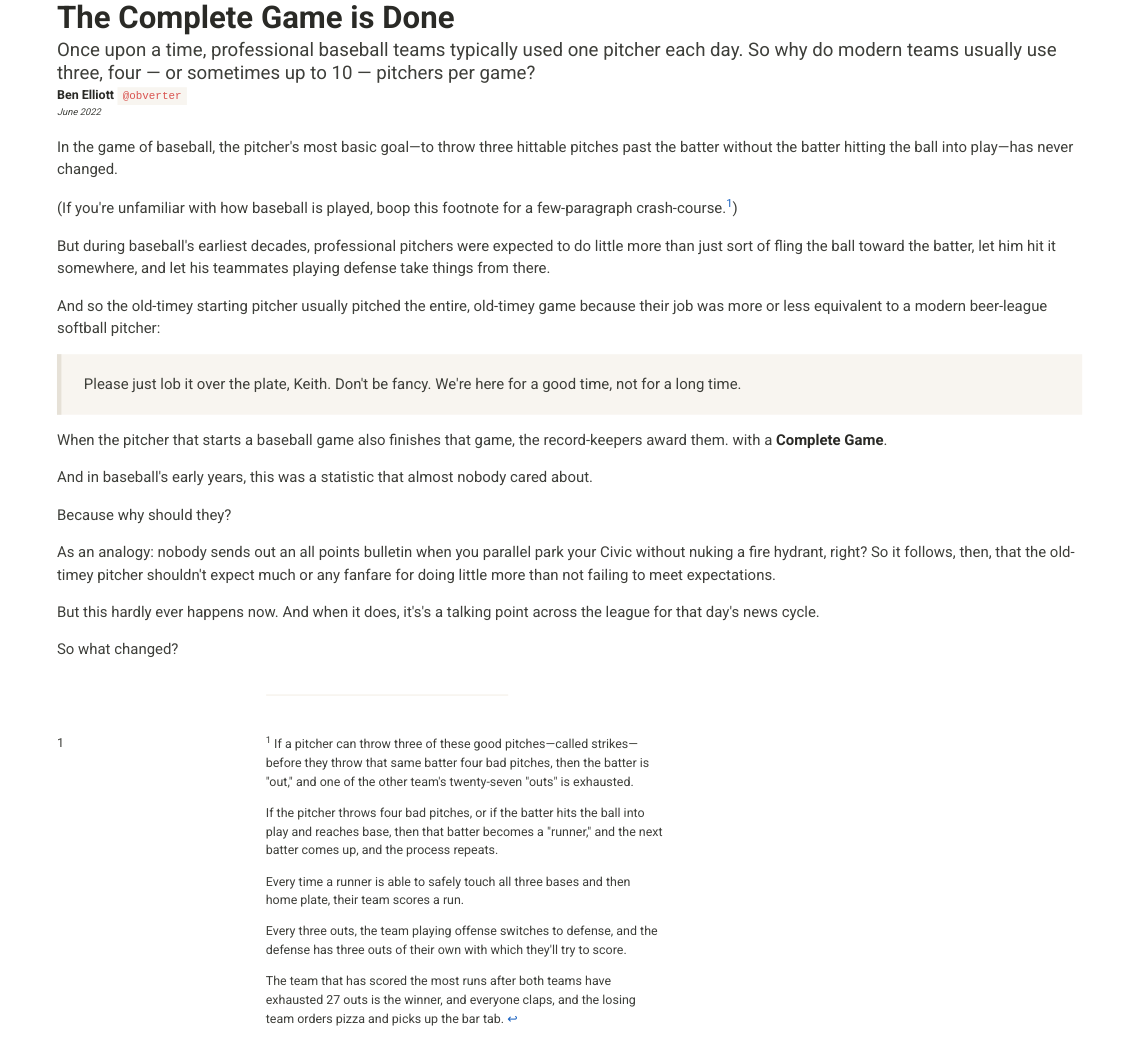
Repository: obverter/complete-games-are-done
Page: index.html
An editor plug-in stored every save of this project. The page is shown before and after the next save, followed by the edit.
The browser window is 1280 px wide. The pictures show the whole page, at 89% of full size.

Above is the page before, as saved 2022-06-25 08:09:53.

After the next save:
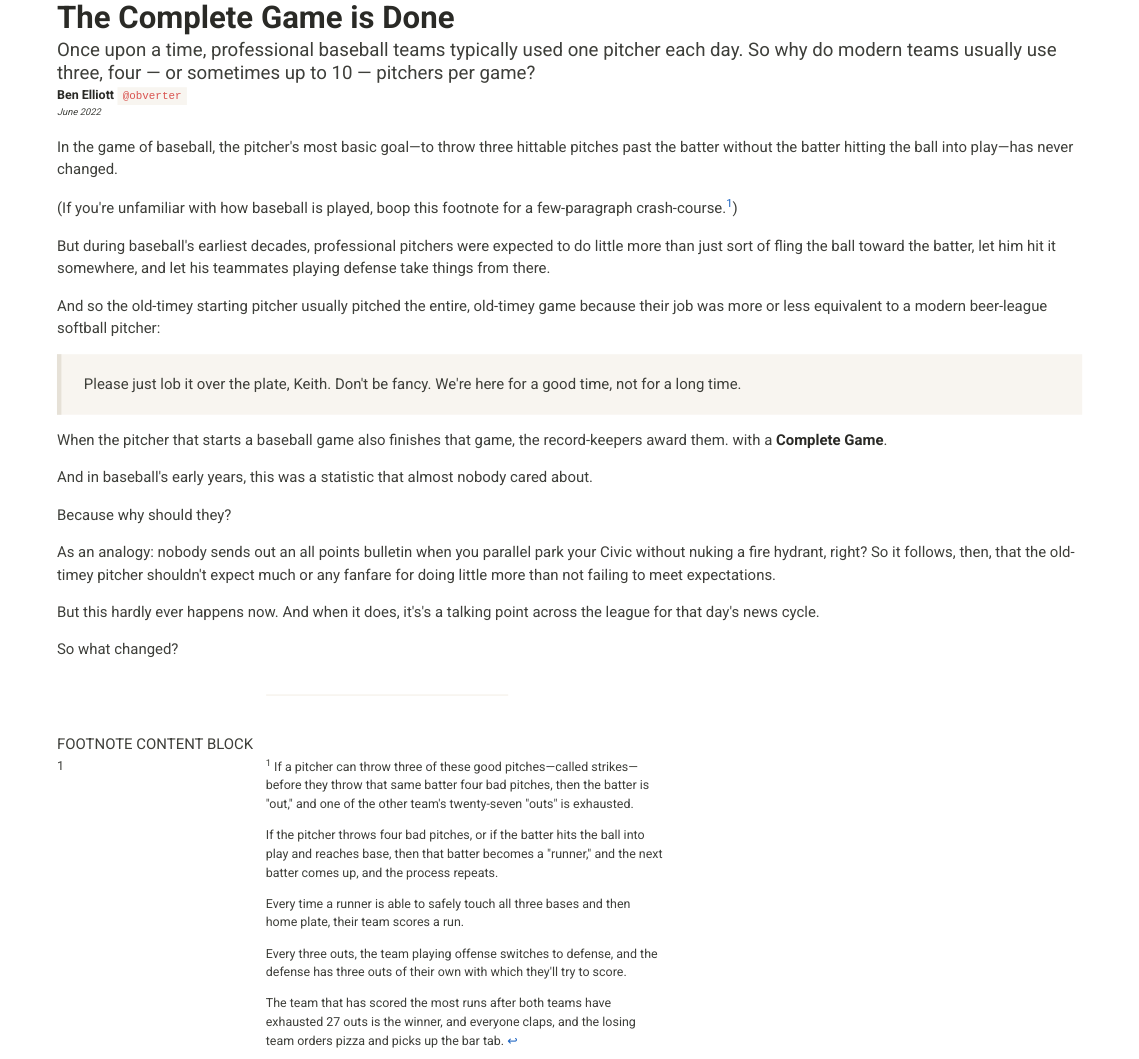
Saved 18 s later.
--- a/index.html
+++ b/index.html
@@ -80,7 +80,7 @@
                         <hr />
                     </div>
                 </div>
-
+FOOTNOTE CONTENT BLOCK
                 <div class="columns is-size-6 is-justify-content-right">
                     <div class="column is-one-fifth">1</div>
                     <!-- todo: ↘ FOOTNOTES GO HERE ↙ -->

After the save that followed:
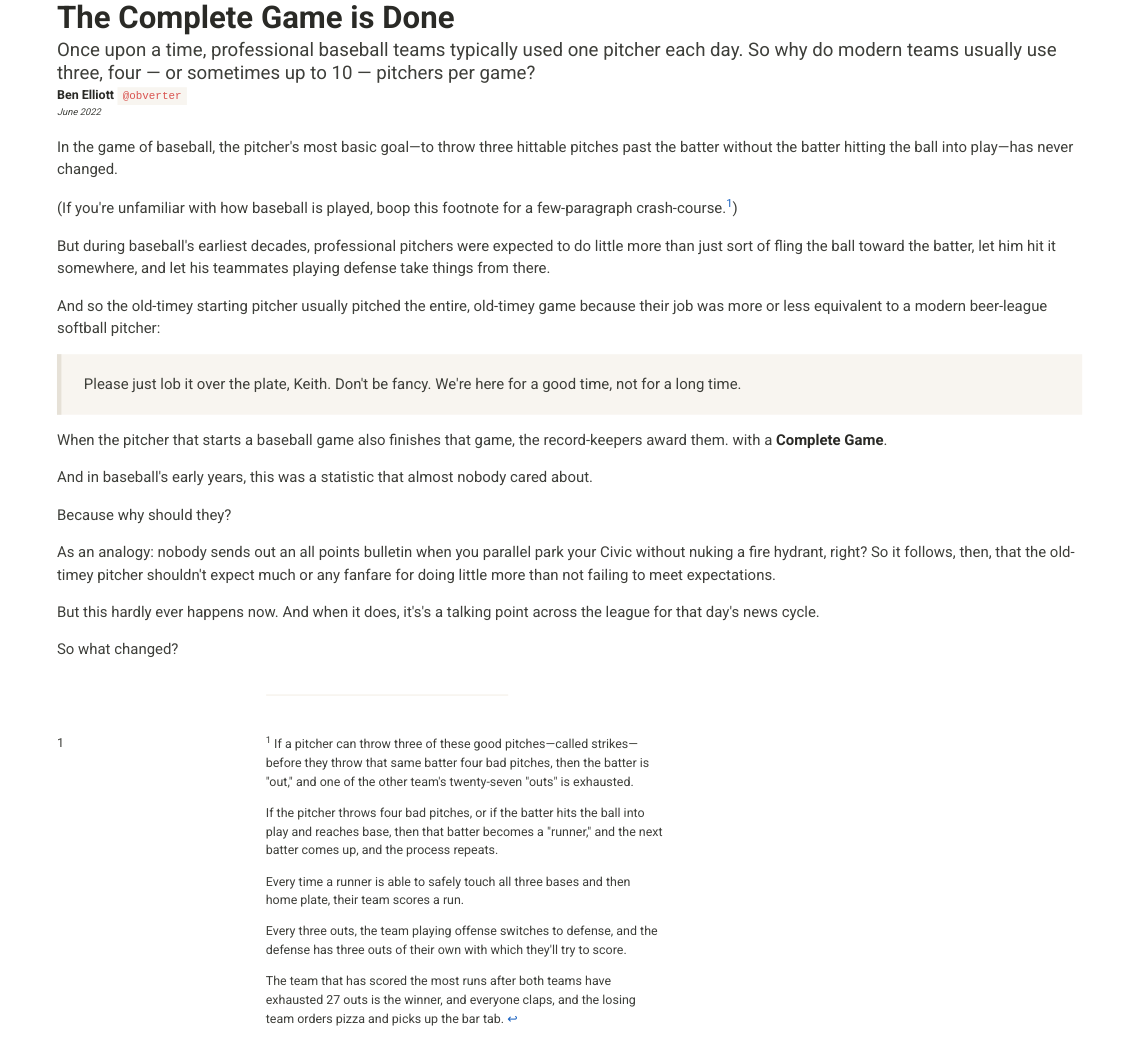
Saved 14 s later.
--- a/index.html
+++ b/index.html
@@ -80,7 +80,7 @@
                         <hr />
                     </div>
                 </div>
-FOOTNOTE CONTENT BLOCK
+                <!-- todo: FOOTNOTE CONTENT BLOCK -->
                 <div class="columns is-size-6 is-justify-content-right">
                     <div class="column is-one-fifth">1</div>
                     <!-- todo: ↘ FOOTNOTES GO HERE ↙ -->
